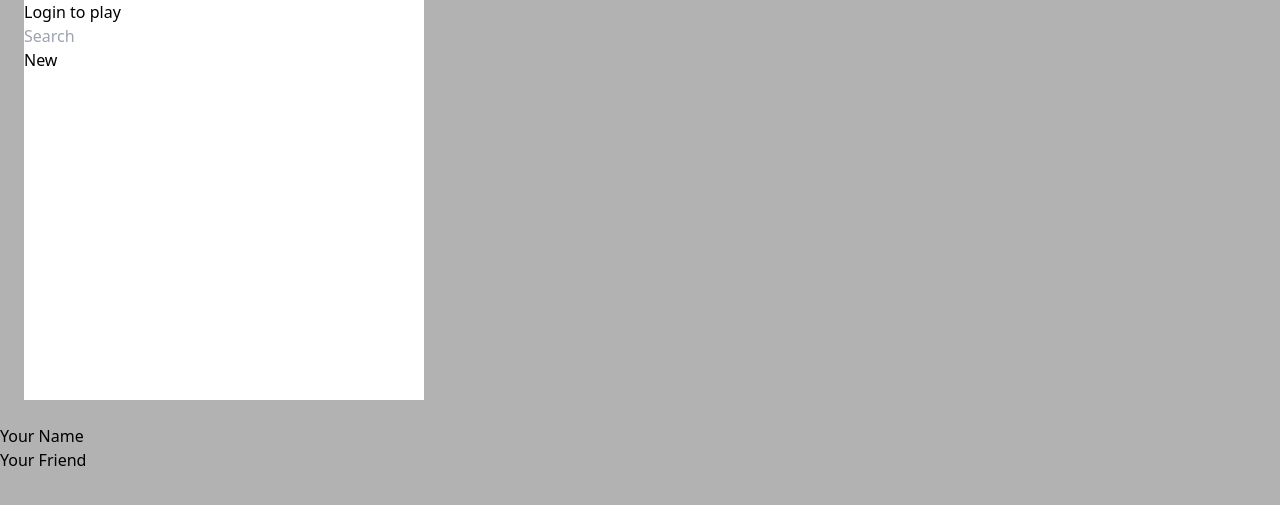
Repository: Teddy1705/demo_pj
Page: /
The author's editor kept a copy of each file at every save. The page is drawn from the files as they stood at one save, then again after the next save.
The browser window is 1280 px wide. The pictures show the whole page.
The project was rebuilt for these pictures with package versions that can differ from the ones it lists, and the page was loaded fresh each time. Also part of the build but not shown: vite.config.js.

Above is the page before, as saved 2024-04-16 09:08:22.

### index.html
<!DOCTYPE html>
<html lang="en">
  <head>
    <meta charset="UTF-8" />
    <link rel="icon" type="image/svg+xml" href="/vite.svg" />
    <meta name="viewport" content="width=device-width, initial-scale=1.0" />
    <title>Tic Tac Toe</title>
    <link rel="stylesheet" href="./src/index.css" />
  </head>
  <body>
    <div id="root"></div>
    <script type="module" src="/src/main.jsx"></script>
  </body>
</html>

### src/index.css
:root {
  --white-color: #fff;
  --black-color: #000;
}

/*
1. Prevent padding and border from affecting element width. (https://github.com/mozdevs/cssremedy/issues/4)
2. Allow adding a border to an element by just adding a border-width. (https://github.com/tailwindcss/tailwindcss/pull/116)
*/

*,
::before,
::after {
  box-sizing: border-box;
  /* 1 */
  border-width: 0;
  /* 2 */
  border-style: solid;
  /* 2 */
  border-color: #e5e7eb;
  /* 2 */
}

::before,
::after {
  --tw-content: "";
}

/*
1. Use a consistent sensible line-height in all browsers.
2. Prevent adjustments of font size after orientation changes in iOS.
3. Use a more readable tab size.
4. Use the user's configured `sans` font-family by default.
5. Use the user's configured `sans` font-feature-settings by default.
6. Use the user's configured `sans` font-variation-settings by default.
7. Disable tap highlights on iOS
*/

html,
:host {
  line-height: 1.5;
  /* 1 */
  -webkit-text-size-adjust: 100%;
  /* 2 */
  -moz-tab-size: 4;
  /* 3 */
  -o-tab-size: 4;
  tab-size: 4;
  /* 3 */
  font-family: ui-sans-serif, system-ui, sans-serif, "Apple Color Emoji",
    "Segoe UI Emoji", "Segoe UI Symbol", "Noto Color Emoji";
  /* 4 */
  font-feature-settings: normal;
  /* 5 */
  font-variation-settings: normal;
  /* 6 */
  -webkit-tap-highlight-color: transparent;
  /* 7 */
}

/*
1. Remove the margin in all browsers.
2. Inherit line-height from `html` so users can set them as a class directly on the `html` element.
*/

body {
  margin: 0;
  /* 1 */
  line-height: inherit;
  /* 2 */
}

/*
1. Add the correct height in Firefox.
2. Correct the inheritance of border color in Firefox. (https://bugzilla.mozilla.org/show_bug.cgi?id=190655)
3. Ensure horizontal rules are visible by default.
*/

hr {
  height: 0;
  /* 1 */
  color: inherit;
  /* 2 */
  border-top-width: 1px;
  /* 3 */
}

/*
Add the correct text decoration in Chrome, Edge, and Safari.
*/

abbr:where([title]) {
  -webkit-text-decoration: underline dotted;
  text-decoration: underline dotted;
}

/*
Remove the default font size and weight for headings.
*/

h1,
h2,
h3,
h4,
h5,
h6 {
  font-size: inherit;
  font-weight: inherit;
}

/*
Reset links to optimize for opt-in styling instead of opt-out.
*/

a {
  color: inherit;
  text-decoration: inherit;
}

/*
Add the correct font weight in Edge and Safari.
*/

b,
strong {
  font-weight: bolder;
}

/*
1. Use the user's configured `mono` font-family by default.
2. Use the user's configured `mono` font-feature-settings by default.
3. Use the user's configured `mono` font-variation-settings by default.
4. Correct the odd `em` font sizing in all browsers.
*/

code,
kbd,
samp,
pre {
  font-family: ui-monospace, SFMono-Regular, Menlo, Monaco, Consolas,
    "Liberation Mono", "Courier New", monospace;
  /* 1 */
  font-feature-settings: normal;
  /* 2 */
  font-variation-settings: normal;
  /* 3 */
  font-size: 1em;
  /* 4 */
}

/*
Add the correct font size in all browsers.
*/

small {
  font-size: 80%;
}

/*
Prevent `sub` and `sup` elements from affecting the line height in all browsers.
*/

sub,
sup {
  font-size: 75%;
  line-height: 0;
  position: relative;
  vertical-align: baseline;
}

sub {
  bottom: -0.25em;
}

sup {
  top: -0.5em;
}

/*
1. Remove text indentation from table contents in Chrome and Safari. (https://bugs.chromium.org/p/chromium/issues/detail?id=999088, https://bugs.webkit.org/show_bug.cgi?id=201297)
2. Correct table border color inheritance in all Chrome and Safari. (https://bugs.chromium.org/p/chromium/issues/detail?id=935729, https://bugs.webkit.org/show_bug.cgi?id=195016)
3. Remove gaps between table borders by default.
*/

table {
  text-indent: 0;
  /* 1 */
  border-color: inherit;
  /* 2 */
  border-collapse: collapse;
  /* 3 */
}

/*
1. Change the font styles in all browsers.
2. Remove the margin in Firefox and Safari.
3. Remove default padding in all browsers.
*/

button,
input,
optgroup,
select,
textarea {
  font-family: inherit;
  /* 1 */
  font-feature-settings: inherit;
  /* 1 */
  font-variation-settings: inherit;
  /* 1 */
  font-size: 100%;
  /* 1 */
  font-weight: inherit;
  /* 1 */
  line-height: inherit;
  /* 1 */
  letter-spacing: inherit;
  /* 1 */
  color: inherit;
  /* 1 */
  margin: 0;
  /* 2 */
  padding: 0;
  /* 3 */
}

/*
Remove the inheritance of text transform in Edge and Firefox.
*/

button,
select {
  text-transform: none;
}

/*
1. Correct the inability to style clickable types in iOS and Safari.
2. Remove default button styles.
*/

button,
input:where([type="button"]),
input:where([type="reset"]),
input:where([type="submit"]) {
  -webkit-appearance: button;
  /* 1 */
  background-color: transparent;
  /* 2 */
  background-image: none;
  /* 2 */
}

/*
Use the modern Firefox focus style for all focusable elements.
*/

:-moz-focusring {
  outline: auto;
}

/*
Remove the additional `:invalid` styles in Firefox. (https://github.com/mozilla/gecko-dev/blob/2f9eacd9d3d995c937b4251a5557d95d494c9be1/layout/style/res/forms.css#L728-L737)
*/

:-moz-ui-invalid {
  box-shadow: none;
}

/*
Add the correct vertical alignment in Chrome and Firefox.
*/

progress {
  vertical-align: baseline;
}

/*
Correct the cursor style of increment and decrement buttons in Safari.
*/

::-webkit-inner-spin-button,
::-webkit-outer-spin-button {
  height: auto;
}

/*
1. Correct the odd appearance in Chrome and Safari.
2. Correct the outline style in Safari.
*/

[type="search"] {
  -webkit-appearance: textfield;
  /* 1 */
  outline-offset: -2px;
  /* 2 */
}

/*
Remove the inner padding in Chrome and Safari on macOS.
*/

::-webkit-search-decoration {
  -webkit-appearance: none;
}

/*
1. Correct the inability to style clickable types in iOS and Safari.
2. Change font properties to `inherit` in Safari.
*/

::-webkit-file-upload-button {
  -webkit-appearance: button;
  /* 1 */
  font: inherit;
  /* 2 */
}

/*
Add the correct display in Chrome and Safari.
*/

summary {
  display: list-item;
}

/*
Removes the default spacing and border for appropriate elements.
*/

blockquote,
dl,
dd,
h1,
h2,
h3,
h4,
h5,
h6,
hr,
figure,
p,
pre {
  margin: 0;
}

fieldset {
  margin: 0;
  padding: 0;
}

legend {
  padding: 0;
}

ol,
ul,
menu {
  list-style: none;
  margin: 0;
  padding: 0;
}

/*
Reset default styling for dialogs.
*/

dialog {
  padding: 0;
}

/*
Prevent resizing textareas horizontally by default.
*/

textarea {
  resize: vertical;
}

/*
1. Reset the default placeholder opacity in Firefox. (https://github.com/tailwindlabs/tailwindcss/issues/3300)
2. Set the default placeholder color to the user's configured gray 400 color.
*/

input::-moz-placeholder,
textarea::-moz-placeholder {
  opacity: 1;
  /* 1 */
  color: #9ca3af;
  /* 2 */
}

input::placeholder,
textarea::placeholder {
  opacity: 1;
  /* 1 */
  color: #9ca3af;
  /* 2 */
}

/*
Set the default cursor for buttons.
*/

button,
[role="button"] {
  cursor: pointer;
}

/*
Make sure disabled buttons don't get the pointer cursor.
*/

:disabled {
  cursor: default;
}

/*
1. Make replaced elements `display: block` by default. (https://github.com/mozdevs/cssremedy/issues/14)
2. Add `vertical-align: middle` to align replaced elements more sensibly by default. (https://github.com/jensimmons/cssremedy/issues/14#issuecomment-634934210)
   This can trigger a poorly considered lint error in some tools but is included by design.
*/

img,
svg,
video,
canvas,
audio,
iframe,
embed,
object {
  display: block;
  /* 1 */
  vertical-align: middle;
  /* 2 */
}

/*
Constrain images and videos to the parent width and preserve their intrinsic aspect ratio. (https://github.com/mozdevs/cssremedy/issues/14)
*/

img,
video {
  max-width: 100%;
  height: auto;
}

/* Make elements with the HTML hidden attribute stay hidden by default */

[hidden] {
  display: none;
}

*,
::before,
::after {
  --tw-border-spacing-x: 0;
  --tw-border-spacing-y: 0;
  --tw-translate-x: 0;
  --tw-translate-y: 0;
  --tw-rotate: 0;
  --tw-skew-x: 0;
  --tw-skew-y: 0;
  --tw-scale-x: 1;
  --tw-scale-y: 1;
  --tw-pan-x: ;
  --tw-pan-y: ;
  --tw-pinch-zoom: ;
  --tw-scroll-snap-strictness: proximity;
  --tw-gradient-from-position: ;
  --tw-gradient-via-position: ;
  --tw-gradient-to-position: ;
  --tw-ordinal: ;
  --tw-slashed-zero: ;
  --tw-numeric-figure: ;
  --tw-numeric-spacing: ;
  --tw-numeric-fraction: ;
  --tw-ring-inset: ;
  --tw-ring-offset-width: 0px;
  --tw-ring-offset-color: #fff;
  --tw-ring-color: rgb(59 130 246 / 0.5);
  --tw-ring-offset-shadow: 0 0 #0000;
  --tw-ring-shadow: 0 0 #0000;
  --tw-shadow: 0 0 #0000;
  --tw-shadow-colored: 0 0 #0000;
  --tw-blur: ;
  --tw-brightness: ;
  --tw-contrast: ;
  --tw-grayscale: ;
  --tw-hue-rotate: ;
  --tw-invert: ;
  --tw-saturate: ;
  --tw-sepia: ;
  --tw-drop-shadow: ;
  --tw-backdrop-blur: ;
  --tw-backdrop-brightness: ;
  --tw-backdrop-contrast: ;
  --tw-backdrop-grayscale: ;
  --tw-backdrop-hue-rotate: ;
  --tw-backdrop-invert: ;
  --tw-backdrop-opacity: ;
  --tw-backdrop-saturate: ;
  --tw-backdrop-sepia: ;
  --tw-contain-size: ;
  --tw-contain-layout: ;
  --tw-contain-paint: ;
  --tw-contain-style: ;
}

::backdrop {
  --tw-border-spacing-x: 0;
  --tw-border-spacing-y: 0;
  --tw-translate-x: 0;
  --tw-translate-y: 0;
  --tw-rotate: 0;
  --tw-skew-x: 0;
  --tw-skew-y: 0;
  --tw-scale-x: 1;
  --tw-scale-y: 1;
  --tw-pan-x: ;
  --tw-pan-y: ;
  --tw-pinch-zoom: ;
  --tw-scroll-snap-strictness: proximity;
  --tw-gradient-from-position: ;
  --tw-gradient-via-position: ;
  --tw-gradient-to-position: ;
  --tw-ordinal: ;
  --tw-slashed-zero: ;
  --tw-numeric-figure: ;
  --tw-numeric-spacing: ;
  --tw-numeric-fraction: ;
  --tw-ring-inset: ;
  --tw-ring-offset-width: 0px;
  --tw-ring-offset-color: #fff;
  --tw-ring-color: rgb(59 130 246 / 0.5);
  --tw-ring-offset-shadow: 0 0 #0000;
  --tw-ring-shadow: 0 0 #0000;
  --tw-shadow: 0 0 #0000;
  --tw-shadow-colored: 0 0 #0000;
  --tw-blur: ;
  --tw-brightness: ;
  --tw-contrast: ;
  --tw-grayscale: ;
  --tw-hue-rotate: ;
  --tw-invert: ;
  --tw-saturate: ;
  --tw-sepia: ;
  --tw-drop-shadow: ;
  --tw-backdrop-blur: ;
  --tw-backdrop-brightness: ;
  --tw-backdrop-contrast: ;
  --tw-backdrop-grayscale: ;
  --tw-backdrop-hue-rotate: ;
  --tw-backdrop-invert: ;
  --tw-backdrop-opacity: ;
  --tw-backdrop-saturate: ;
  --tw-backdrop-sepia: ;
  --tw-contain-size: ;
  --tw-contain-layout: ;
  --tw-contain-paint: ;
  --tw-contain-style: ;
}

#modal {
  position: fixed;
  top: 0;
  right: 0;
  bottom: 0;
  left: 0;
}

#modal .modal__overlay {
  position: absolute;
  width: 100%;
  height: 100%;
  background-color: rgba(0, 0, 0, 0.3);
}

#modal .modal__body {
  position: relative;
  background-color: var(--white-color);
  margin: 0 24px 24px 24px;
  width: 400px;
  height: 400px;
}

### src/main.jsx
import React from "react";
import ReactDOM from "react-dom/client";
import App from "./App.jsx";
import { createBrowserRouter, RouterProvider } from "react-router-dom";
import Root from "./routes/root";
import "./index.css";

const router = createBrowserRouter([
  {
    path: "/",
    element: <Root />,
  },
]);

ReactDOM.createRoot(document.getElementById("root")).render(
  <React.StrictMode>
    <RouterProvider router={router} />
    <App />
  </React.StrictMode>
);

### src/routes/root.jsx
export default function Root() {
  return (
    <>
      <div id="modal">
        <div className="modal__overlay"></div>
        <div className="modal__body">
          <h1>Login to play</h1>
          <form id="search-form" role="search">
            <input
              id="q"
              aria-label="Search contacts"
              placeholder="Search"
              type="search"
              name="q"
            />
            <div id="search-spinner" aria-hidden hidden={true} />
            <div className="sr-only" aria-live="polite"></div>
          </form>
          <form method="post">
            <button type="submit">New</button>
          </form>
        </div>
        <nav>
          <ul>
            <li>
              <a
                href={`https://codesandbox.io/s/q2z497?file=%2Fsrc%2FApp.js&utm_medium=sandpack`}
              >
                Your Name
              </a>
            </li>
            <li>
              <a href={`/contacts/2`}>Your Friend</a>
            </li>
          </ul>
        </nav>
      </div>
      <div id="detail"></div>
    </>
  );
}

Loaded but not shown: src/App.jsx (common file)

After the next save:
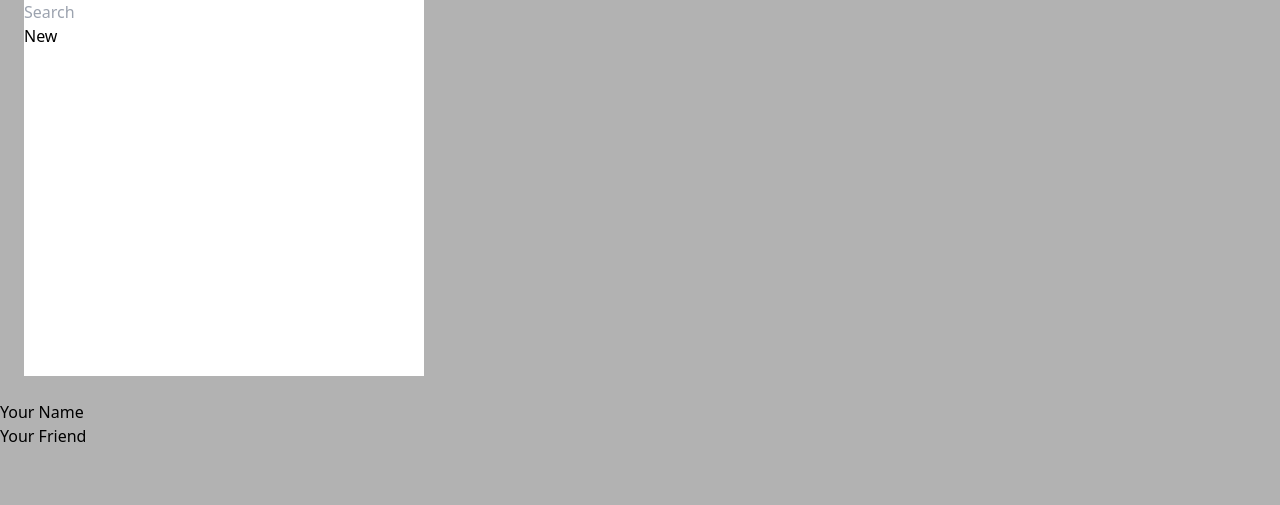
Saved 7 s later.
--- a/src/index.css
+++ b/src/index.css
@@ -578,7 +578,7 @@ video {
 #modal .modal__body {
   position: relative;
   background-color: var(--white-color);
-  margin: 0 24px 24px 24px;
+  margin: -24px 24px 24px 24px;
   width: 400px;
   height: 400px;
 }
